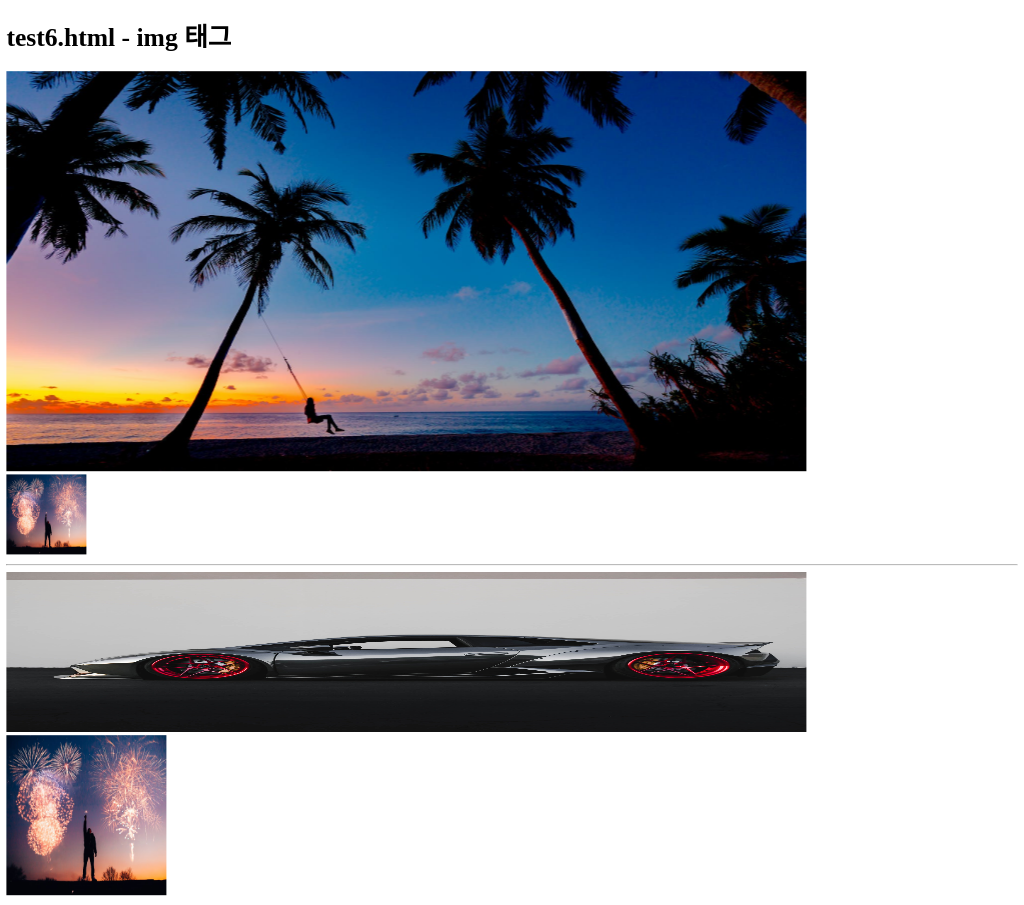
Repository: KimMinseooo/itwillStudy
Page: BACKEND/JSP/workspace_jsp/StudyHTML/src/main/webapp/1024/test6.html
The author's editor kept a copy of each file at every save. The page is drawn from the files as they stood at one save, then again after the next save.
The browser window is 1280 px wide. The pictures show the whole page, at 80% of full size.

Above is the page before, as saved 2024-10-24 02:43:35.

After the next save:
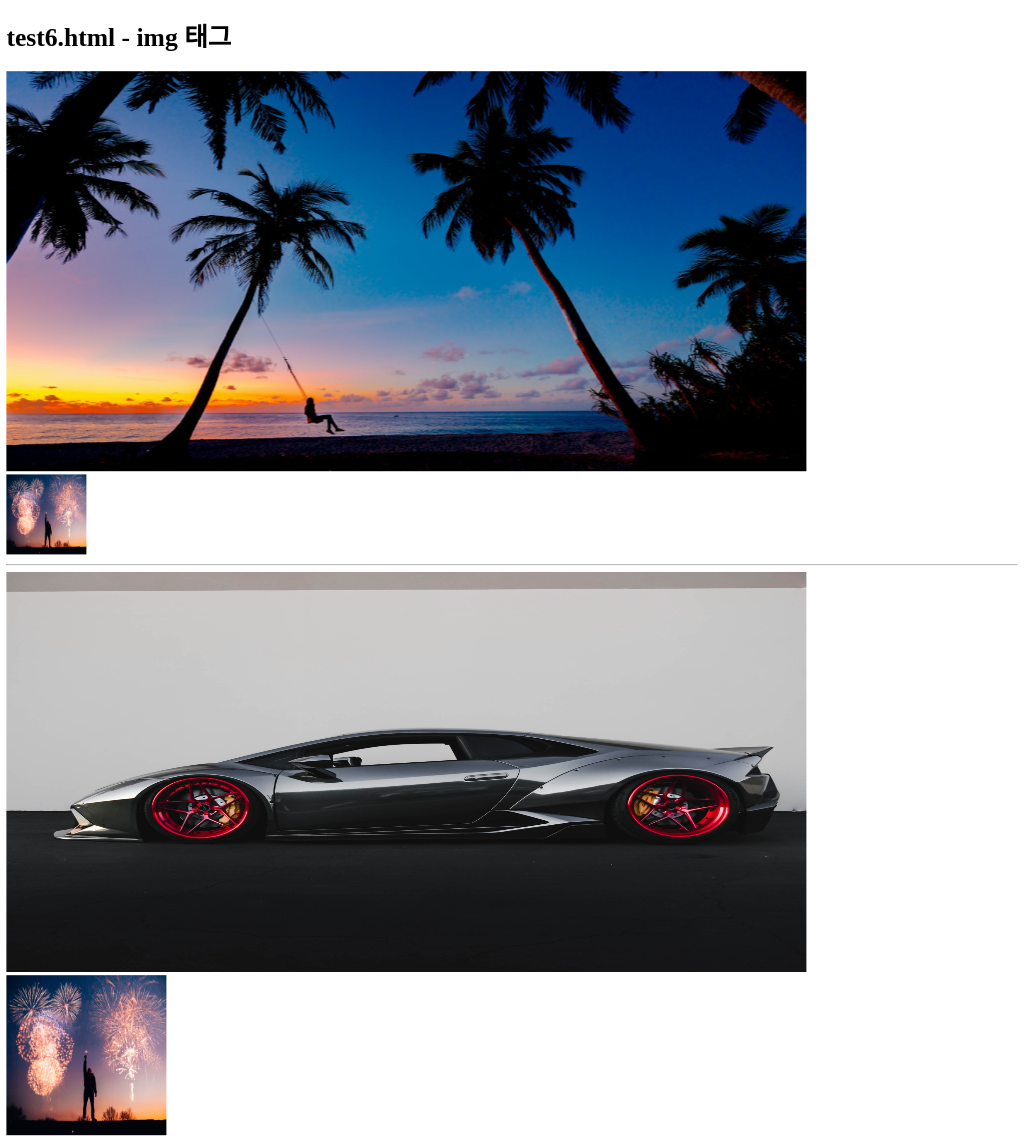
Saved 5 s later.
--- a/BACKEND/JSP/workspace_jsp/StudyHTML/src/main/webapp/1024/test6.html
+++ b/BACKEND/JSP/workspace_jsp/StudyHTML/src/main/webapp/1024/test6.html
@@ -10,7 +10,7 @@
 	<img src="1.jpg" width="1000" height="500" title="해변가"><br>
 	<img src="3.jpg" width="100" height="100" alt="이미지를 불러올 수 없습니다">
 	<hr>
-	<img alt="" src="today_image/2.jpg" width="1000" height="200"> <br>
+	<img alt="" src="today_image/2.jpg" width="1000" height="500"> <br>
 	<img alt="" src="../images/3.jpg" width="200" height="200">
 
 </body>
